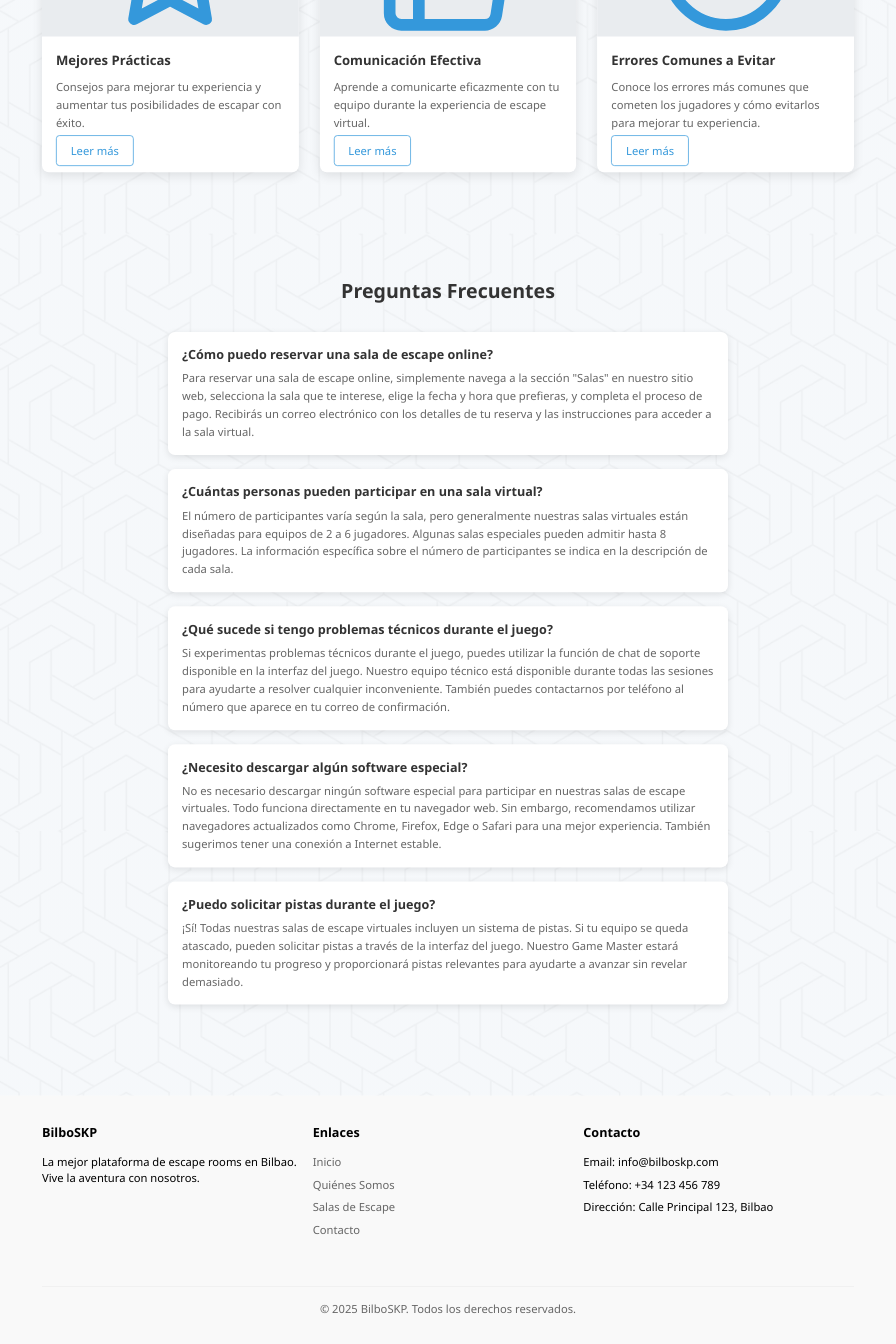
Repository: Andrew1447/Reto3-main
Page: http://localhost/bilboSKP/Ayuda.jsp
An editor plug-in stored every save of this project. The page is shown before and after the next save, followed by the edit.
The browser window is 1280 px wide. The pictures show the part of the page from y = 1373 to 3293 px (the page is 3293 px tall), at 70% of full size.
Backgrounds fixed to the window are drawn as part of the page. Some web fonts or font styles are not loaded; a fallback is used. The page is served by Tomcat 9. Other server files are loaded and not shown. The template is opened directly, without the code that normally fills it, so the values that code supplies are empty.

Above is the page before, as saved 2025-04-27 14:48:24.

### bilboSKP/src/main/webapp/Ayuda.jsp
<%@ page language="java" contentType="text/html; charset=UTF-8" pageEncoding="UTF-8"%>
<!DOCTYPE html>
<html lang="en">
<head>
    <meta charset="UTF-8">
    <meta name="viewport" content="width=device-width, initial-scale=1.0">
    <title>Document</title>
    <link rel="stylesheet" href="styles/style.css">
    <link rel="stylesheet" href="styles/Ayuda.css">
    <link rel="preconnect" href="https://fonts.googleapis.com">
    <link rel="preconnect" href="https://fonts.gstatic.com" crossorigin>
    <link href="https://fonts.googleapis.com/css2?family=Ubuntu:ital,wght@0,300;0,400;0,500;0,700;1,300;1,400;1,500;1,700&display=swap" rel="stylesheet">
</head>
<body>
    <header>
    <div class="logo-container">
        <a href="Index.jsp"><img src="img/bilboskp-high-resolution-logo-removebg-preview.png"></a>

        <div class="language-selector">
                <a href="?lang=es" title="Español">
                    <img src="https://upload.wikimedia.org/wikipedia/commons/thumb/9/9a/Flag_of_Spain.svg/1200px-Flag_of_Spain.svg.png" alt="Bandera de España">
                </a>
                <a href="?lang=en" title="English">
                    <img src="https://upload.wikimedia.org/wikipedia/commons/thumb/8/83/Flag_of_the_United_Kingdom_%283-5%29.svg/1200px-Flag_of_the_United_Kingdom_%283-5%29.svg.png" alt="Bandera del Reino Unido">
                </a>
            </div>
        </div>

    <nav>

        <a href="EscapeRooms.jsp">Jugar</a>
        <a href="OrganizarPartida.jsp">Organizar Partida</a>
        <a href="Packcupones.jsp">Comprar cupones</a>
		<a href="DevolverCupones.jsp">Devolver cupones</a>
        <a href="QuienesSomos.jsp">Quiénes Somos</a>
        <a href="Ayuda.jsp">Ayuda</a>

        <%
            Integer idRolUsuario = (Integer) request.getAttribute("idRol");
            Integer idCentroSesion = (Integer) request.getAttribute("idCentroSesion");

            // Mostrar "Registrar Centro" solo si el usuario no está logueado como centro
            if (idCentroSesion == null && idRolUsuario != null && idRolUsuario.equals(2)) {
        %>
                <a href="CentroRegistro.jsp">Registrar Centro</a>
        <%
            }
        %>
    </nav>

<div class="botones">
    <%
        String nombreSesion = (String) request.getAttribute("nombreSesion");
        String tipoUsuario = (String) request.getAttribute("tipoUsuario");
        Integer saldoCupones = (Integer) request.getAttribute("saldoCupones");

        if (nombreSesion != null && !nombreSesion.isEmpty()) {
            if (tipoUsuario != null && tipoUsuario.equals("usuario")) {
    %>
                <span class="nombre-usuario">Bienvenido, <%= nombreSesion %> (<%= saldoCupones != null ? saldoCupones : 0 %> cupones)</span>
                <button onclick="window.location.href='LogoutServlet'">Cerrar Sesión</button>
    <%
            } else if (tipoUsuario != null && tipoUsuario.equals("centro")) {
    %>
                <span class="nombre-centro">Bienvenido, <%= nombreSesion %></span>
                <button onclick="window.location.href='LogoutCentroServlet'">Cerrar Sesión</button>
    <%
            }
        } else {
    %>
        <button class= "registrarse" onclick="window.location.href='Registrar.jsp'">Registrarse</button>
        <button onclick="window.location.href='login.jsp'">Iniciar Sesion</button>
    <%
        }
    %>
</div>
    </header>
    <section class="hero">
        <div class="hero-content">
            <h1>Centro de Ayuda para Salas de Escape Online</h1>
            <p>Encuentra respuestas a todas tus preguntas sobre nuestras salas de escape virtuales</p>
        </div>
    </section>

    <!-- Main Content -->
    <main class="container">
        <!-- Getting Started Section -->
        <section class="help-section">
            <h2 class="section-title">Primeros Pasos</h2>

            <div class="cards-container">
                <div class="card">
                    <div class="card-img">
                        <img src="data:[embedded picture, 330 characters]" alt="Cómo Funciona">
                    </div>
                    <div class="card-content">
                        <h3>Cómo Funcionan las Salas Online</h3>
                        <p>Descubre cómo funcionan nuestras salas de escape virtuales y cómo puedes disfrutar de la experiencia desde casa.</p>
                        <a href="#" class="btn btn-outline">Leer más</a>
                    </div>
                </div>

                <div class="card">
                    <div class="card-img">
                        <img src="data:[embedded picture, 342 characters]" alt="Crear Equipo">
                    </div>
                    <div class="card-content">
                        <h3>Crear y Unirse a un Equipo</h3>
                        <p>Aprende a crear un equipo e invitar a tus amigos para jugar juntos en nuestras salas de escape virtuales.</p>
                        <a href="#" class="btn btn-outline">Leer más</a>
                    </div>
                </div>

                <div class="card">
                    <div class="card-img">
                        <img src="data:[embedded picture, 318 characters]" alt="Requisitos Técnicos">
                    </div>
                    <div class="card-content">
                        <h3>Requisitos Técnicos</h3>
                        <p>Conoce los requisitos técnicos necesarios para disfrutar de la mejor experiencia en nuestras salas virtuales.</p>
                        <a href="#" class="btn btn-outline">Leer más</a>
                    </div>
                </div>
            </div>
        </section>

        <!-- Tips and Tricks Section -->
        <section class="help-section">
            <h2 class="section-title">Consejos y Trucos</h2>

            <div class="cards-container">
                <div class="card">
                    <div class="card-img">
                        <img src="data:[embedded picture, 299 characters]" alt="Mejores Prácticas">
                    </div>
                    <div class="card-content">
                        <h3>Mejores Prácticas</h3>
                        <p>Consejos para mejorar tu experiencia y aumentar tus posibilidades de escapar con éxito.</p>
                        <a href="#" class="btn btn-outline">Leer más</a>
                    </div>
                </div>

                <div class="card">
                    <div class="card-img">
                        <img src="data:[embedded picture, 312 characters]" alt="Comunicación Efectiva">
                    </div>
                    <div class="card-content">
                        <h3>Comunicación Efectiva</h3>
                        <p>Aprende a comunicarte eficazmente con tu equipo durante la experiencia de escape virtual.</p>
                        <a href="#" class="btn btn-outline">Leer más</a>
                    </div>
                </div>

                <div class="card">
                    <div class="card-img">
                        <img src="data:[embedded picture, 297 characters]" alt="Errores Comunes">
                    </div>
                    <div class="card-content">
                        <h3>Errores Comunes a Evitar</h3>
                        <p>Conoce los errores más comunes que cometen los jugadores y cómo evitarlos para mejorar tu experiencia.</p>
                        <a href="#" class="btn btn-outline">Leer más</a>
                    </div>
                </div>
            </div>
        </section>

        <!-- FAQ Section -->
        <section class="help-section">
            <h2 class="section-title">Preguntas Frecuentes</h2>

            <div class="faq-container">
                <div class="faq-item">
                    <div class="faq-question">¿Cómo puedo reservar una sala de escape online?</div>
                    <div class="faq-answer">Para reservar una sala de escape online, simplemente navega a la sección "Salas" en nuestro sitio web, selecciona la sala que te interese, elige la fecha y hora que prefieras, y completa el proceso de pago. Recibirás un correo electrónico con los detalles de tu reserva y las instrucciones para acceder a la sala virtual.</div>
                </div>

                <div class="faq-item">
                    <div class="faq-question">¿Cuántas personas pueden participar en una sala virtual?</div>
                    <div class="faq-answer">El número de participantes varía según la sala, pero generalmente nuestras salas virtuales están diseñadas para equipos de 2 a 6 jugadores. Algunas salas especiales pueden admitir hasta 8 jugadores. La información específica sobre el número de participantes se indica en la descripción de cada sala.</div>
                </div>

                <div class="faq-item">
                    <div class="faq-question">¿Qué sucede si tengo problemas técnicos durante el juego?</div>
                    <div class="faq-answer">Si experimentas problemas técnicos durante el juego, puedes utilizar la función de chat de soporte disponible en la interfaz del juego. Nuestro equipo técnico está disponible durante todas las sesiones para ayudarte a resolver cualquier inconveniente. También puedes contactarnos por teléfono al número que aparece en tu correo de confirmación.</div>
                </div>

                <div class="faq-item">
                    <div class="faq-question">¿Necesito descargar algún software especial?</div>
                    <div class="faq-answer">No es necesario descargar ningún software especial para participar en nuestras salas de escape virtuales. Todo funciona directamente en tu navegador web. Sin embargo, recomendamos utilizar navegadores actualizados como Chrome, Firefox, Edge o Safari para una mejor experiencia. También sugerimos tener una conexión a Internet estable.</div>
                </div>

                <div class="faq-item">
                    <div class="faq-question">¿Puedo solicitar pistas durante el juego?</div>
                    <div class="faq-answer">¡Sí! Todas nuestras salas de escape virtuales incluyen un sistema de pistas. Si tu equipo se queda atascado, pueden solicitar pistas a través de la interfaz del juego. Nuestro Game Master estará monitoreando tu progreso y proporcionará pistas relevantes para ayudarte a avanzar sin revelar demasiado.</div>
                </div>
            </div>
        </section>
    </main>
    <footer>
        <div class="container">
            <div class="footer-content">
                <div class="footer-column">
                    <h3>BilboSKP</h3>
                    <p>La mejor plataforma de escape rooms en Bilbao. Vive la aventura con nosotros.</p>
                </div>
                <div class="footer-column">
                    <h3>Enlaces</h3>
                    <ul>
                        <li><a href="#">Inicio</a></li>
                        <li><a href="#">Quiénes Somos</a></li>
                        <li><a href="#">Salas de Escape</a></li>
                        <li><a href="#">Contacto</a></li>
                    </ul>
                </div>
                <div class="footer-column">
                    <h3>Contacto</h3>
                    <ul>
                        <li>Email: info@bilboskp.com</li>
                        <li>Teléfono: +34 123 456 789</li>
                        <li>Dirección: Calle Principal 123, Bilbao</li>
                    </ul>
                </div>
            </div>
            <div class="footer-bottom">
                <p>&copy; 2025 BilboSKP. Todos los derechos reservados.</p>
            </div>
        </div>
    </footer>
</body>
</html>

### bilboSKP/src/main/webapp/styles/style.css
body {
    font-family: "Ubuntu", sans-serif;
    font-weight: 500;
    font-style: normal;
    background-color: #f4f7fa;
    margin: 0;
    padding: 0;
    background-image: linear-gradient(rgba(244, 247, 250, 0.85), rgba(244, 247, 250, 0.85)), url('../img/fondod.png');
    background-repeat: no-repeat;
    background-size: cover;
    background-position: center;
    background-attachment: fixed; /* Esto asegura que el fondo permanezca fijo */
}

.logo-container {
            display: flex;
            align-items: center;
        }

        .logo-container img {
            height: 50px;
            width: auto;
        }

  .language-selector {
            display: flex;
            align-items: center;
            margin-left: 20px;
        }

        .language-selector a {
            display: flex;
            align-items: center;
            margin: 0 5px;
            padding: 5px;
            border-radius: 4px;
            transition: background-color 0.2s;
        }

        .language-selector a:hover {
            background-color: #f0f0f0;
        }

        .language-selector img {
            width: 30px;
            height: auto;
            border-radius: 3px;
            box-shadow: 0 1px 2px rgba(0, 0, 0, 0.2);
        }

header {
    display: grid;
    grid-template-columns: 1fr auto 1fr;
    align-items: center;
    padding: 15px 20px;
    background-color: #f8f8f8;
    border-bottom: 1px solid #eee;
}

header > a:first-child {
    justify-self: start;
}

header a img {
    max-height: 50px;
}

header nav {
    grid-column: 2;
    display: flex;
    justify-content: center;
    gap: 20px; /* Equal spacing between links */
}

header nav a {
    text-decoration: none;
    color: #333;
    margin-left: 20px;
    font-weight: bold;
}

header nav a:hover {
    color: #4386ce;
}

header button {
    background-color: #4386ce;
    color: white;
    border: none;
    padding: 10px 15px;
    border-radius: 5px;
    cursor: pointer;
    margin-left: 10px;
    font-weight: bold;
}

header button:hover {
    background-color: #437cb8;
}


body{
  font-family: "Ubuntu", sans-serif;
  font-weight: 500;
  font-style: normal;
  background-repeat: no-repeat;
  background-size: cover;
  background-attachment: fixed;
}

.botones {
    grid-column: 3;
    justify-self: end;
}

.registrarse{
    background-color: #ffff;
    color: #4386ce;
    font-weight: bold;
}
.registrarse:hover{
    background-color: #cfcfcf;
    color: #4386ce;
    font-weight: bold;
}




        /* Footer */
        footer {
            background-color: #f9f9f9;
            padding: 40px 0;
            margin-top: 60px;
        }

        .footer-content {
            display: flex;
            justify-content: space-between;
            flex-wrap: wrap;
        }

        .footer-column {
            flex: 1;
            min-width: 200px;
            margin-bottom: 20px;
        }

        .footer-column h3 {
            margin-bottom: 20px;
            font-size: 18px;
        }

        .footer-column ul {
            list-style: none;
        }

        .footer-column ul li {
            margin-bottom: 10px;
        }

        .footer-column ul li a {
            text-decoration: none;
            color: #666;
        }

        .footer-bottom {
            text-align: center;
            margin-top: 40px;
            padding-top: 20px;
            border-top: 1px solid #eee;
            color: #666;
        }

        /* Responsive */
        @media (max-width: 768px) {
            header {
                flex-direction: column;
                gap: 15px;
            }

            nav ul {
                margin: 15px 0;
                flex-wrap: wrap;
                justify-content: center;
            }

            .about-content {
                flex-direction: column;
            }

            .features {
                grid-template-columns: 1fr;
            }

            .carousel-container {
                height: 300px;
            }
        }

### bilboSKP/src/main/webapp/styles/Ayuda.css
@charset "ISO-8859-1";
* {
    margin: 0;
    padding: 0;
    box-sizing: border-box;
    font-family: 'Segoe UI', Tahoma, Geneva, Verdana, sans-serif;
}


.container {
    max-width: 1200px;
    margin: 0 auto;
    padding: 0 20px;
}

/* Header */
header {
    background-color: white;
    box-shadow: 0 2px 10px rgba(0, 0, 0, 0.1);
    position: sticky;
    top: 0;
    z-index: 100;
}

.header-container {
    display: flex;
    justify-content: space-between;
    align-items: center;
    padding: 15px 20px;
}

.logo {
    display: flex;
    align-items: center;
    font-size: 24px;
    font-weight: bold;
    color: #333;
    text-decoration: none;
}

.logo img {
    width: 40px;
    height: 40px;
    margin-right: 10px;
}

nav ul {
    display: flex;
    list-style: none;
}

nav ul li {
    margin-left: 30px;
}

nav ul li a {
    text-decoration: none;
    color: #333;
    font-weight: 500;
    transition: color 0.3s;
}

nav ul li a:hover {
    color: #3498db;
}

.auth-buttons {
    display: flex;
    gap: 15px;
}

.btn {
    padding: 10px 20px;
    border-radius: 5px;
    font-weight: 500;
    text-decoration: none;
    transition: all 0.3s;
}

.btn-outline {
    border: 1px solid #3498db;
    color: #3498db;
}

.btn-outline:hover {
    background-color: #3498db;
    color: white;
}

.btn-primary {
    background-color: #3498db;
    color: white;
    border: 1px solid #3498db;
}

.btn-primary:hover {
    background-color: #2980b9;
    border-color: #2980b9;
}

/* Hero Section */
.hero {
    position: relative;
    height: 300px;
    display: flex;
    align-items: center;
    justify-content: center;
    text-align: center;
    margin-bottom: 50px;
    overflow: hidden;
}

.hero::before {
    content: '';
    position: absolute;
    top: 0;
    left: 0;
    width: 100%;
    height: 100%;
    background-color: rgba(0, 0, 0, 0.6);
    z-index: 1;
}

.hero-content {
    position: relative;
    z-index: 2;
    color: white;
    padding: 20px;
}

.hero h1 {
    font-size: 36px;
    margin-bottom: 15px;
}

.hero p {
    font-size: 18px;
    max-width: 700px;
    margin: 0 auto;
}

/* Help Sections */
.help-section {
    padding: 50px 0;
}

.section-title {
    text-align: center;
    margin-bottom: 40px;
    font-size: 28px;
    color: #333;
}

.cards-container {
    display: grid;
    grid-template-columns: repeat(auto-fill, minmax(300px, 1fr));
    gap: 30px;
    margin-bottom: 50px;
}

.card {
    background-color: white;
    border-radius: 10px;
    box-shadow: 0 5px 15px rgba(0, 0, 0, 0.1);
    overflow: hidden;
    transition: transform 0.3s, box-shadow 0.3s;
}

.card:hover {
    transform: translateY(-5px);
    box-shadow: 0 10px 20px rgba(0, 0, 0, 0.15);
}

.card-img {
    height: 200px;
    background-color: #e9ecef;
    display: flex;
    align-items: center;
    justify-content: center;
}

.card-img img {
    max-width: 100%;
    max-height: 100%;
    object-fit: cover;
}

.card-content {
    padding: 20px;
}

.card h3 {
    margin-bottom: 15px;
    color: #333;
}

.card p {
    color: #666;
    line-height: 1.6;
    margin-bottom: 15px;
}

/* FAQ Section */
.faq-container {
    max-width: 800px;
    margin: 0 auto;
}

.faq-item {
    margin-bottom: 20px;
    background-color: white;
    border-radius: 10px;
    box-shadow: 0 3px 10px rgba(0, 0, 0, 0.1);
    padding: 20px;
}

.faq-question {
    font-weight: 600;
    font-size: 18px;
    margin-bottom: 10px;
    color: #333;
}

.faq-answer {
    color: #666;
    line-height: 1.6;
}



/* Responsive */
@media (max-width: 768px) {
    .header-container {
        flex-direction: column;
        align-items: flex-start;
    }

    nav ul {
        margin-top: 15px;
        flex-direction: column;
    }

    nav ul li {
        margin-left: 0;
        margin-bottom: 10px;
    }

    .auth-buttons {
        margin-top: 15px;
    }

    .hero h1 {
        font-size: 28px;
    }

    .hero p {
        font-size: 16px;
    }
}

After the next save:
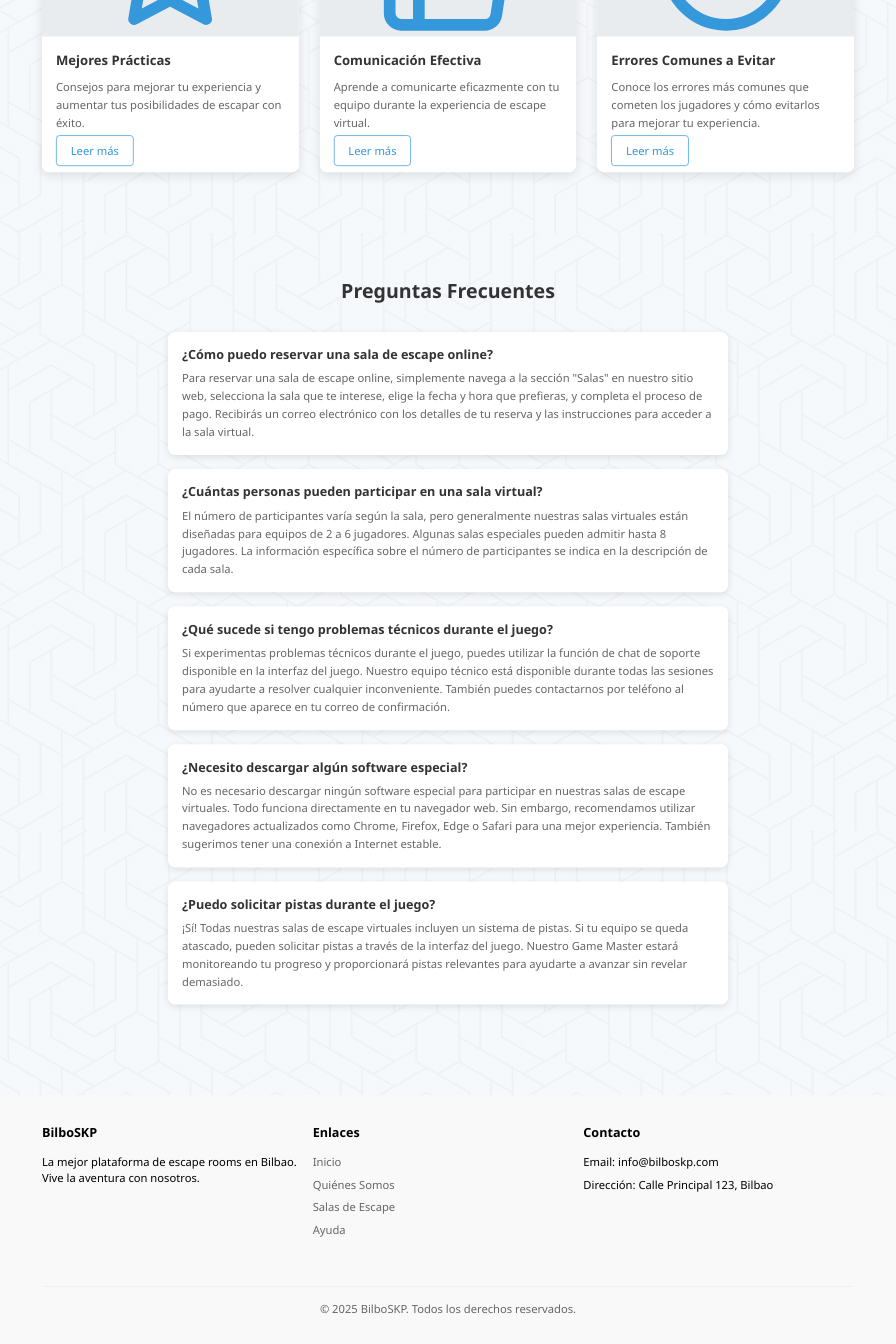
Saved 60 s later.
--- a/bilboSKP/src/main/webapp/Ayuda.jsp
+++ b/bilboSKP/src/main/webapp/Ayuda.jsp
@@ -206,17 +206,16 @@
                 <div class="footer-column">
                     <h3>Enlaces</h3>
                     <ul>
-                        <li><a href="#">Inicio</a></li>
-                        <li><a href="#">Quiénes Somos</a></li>
-                        <li><a href="#">Salas de Escape</a></li>
-                        <li><a href="#">Contacto</a></li>
+                        <li><a href="Index.jsp">Inicio</a></li>
+                        <li><a href="QuienesSomos.jsp">Quiénes Somos</a></li>
+                        <li><a href="EscapeRooms.jsp">Salas de Escape</a></li>
+                        <li><a href="Ayuda.jsp">Ayuda</a></li>
                     </ul>
                 </div>
                 <div class="footer-column">
                     <h3>Contacto</h3>
                     <ul>
                         <li>Email: info@bilboskp.com</li>
-                        <li>Teléfono: +34 123 456 789</li>
                         <li>Dirección: Calle Principal 123, Bilbao</li>
                     </ul>
                 </div>
